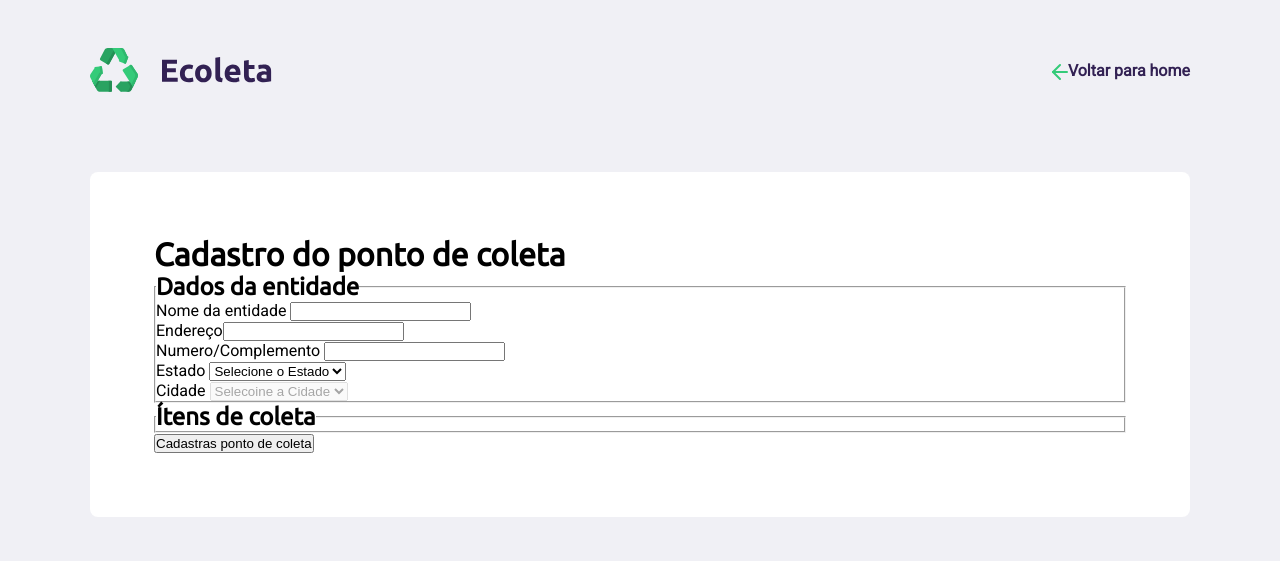
Repository: ivobass/NextLevelWeek
Page: create-point.html
The author's editor kept a copy of each file at every save. The page is drawn from the files as they stood at one save, then again after the next save.
The browser window is 1280 px wide. The pictures show the whole page.

Above is the page before, as saved 2020-06-02 23:35:30.

After the next save:
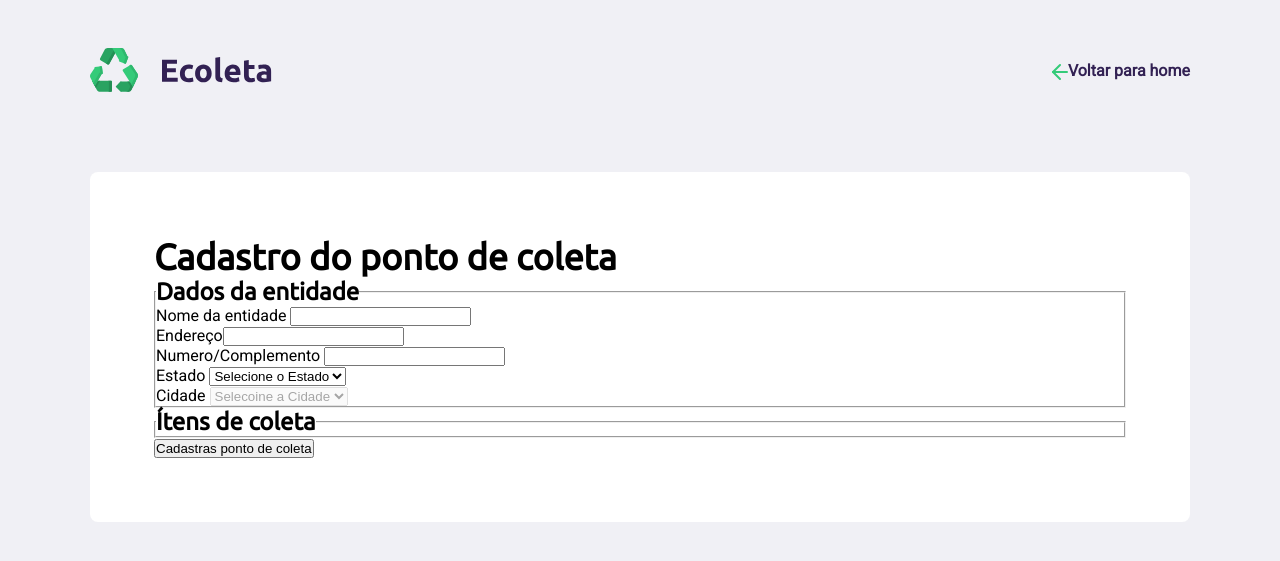
Saved 107 s later.
--- a/styles/create-point.css
+++ b/styles/create-point.css
@@ -39,3 +39,7 @@ form {
     border-radius: 8px;
     min-width: 730px;
 }
+
+form h1 {
+    font-size: 36px;
+}
